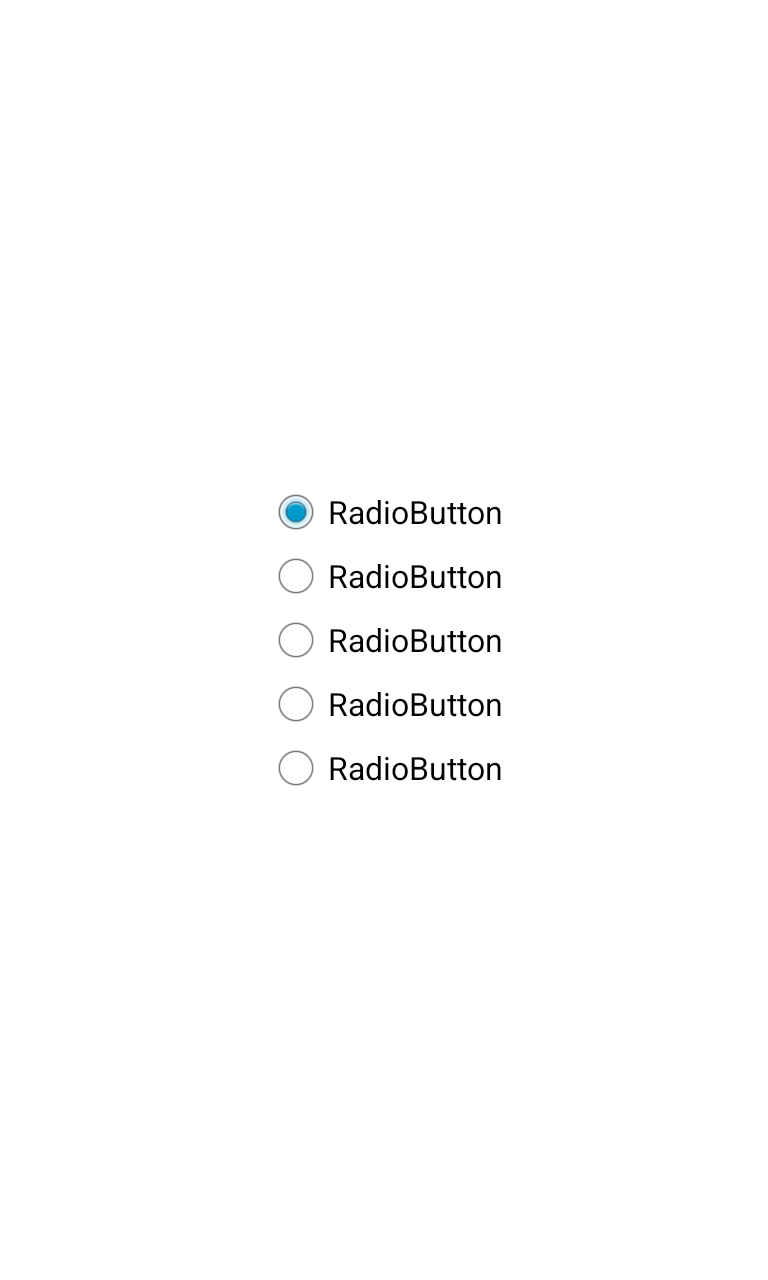
Repository: SkotBotCambo/stress_cues
Layout: workspace/stress_cues/res/layout/activity_likert_task.xml
The author's editor kept a copy of each file at every save. The layout is drawn from the files as they stood at one save, then again after the next save.
It is drawn on a 768 x 1280 px phone screen (xhdpi) without system bars, with theme AppTheme; the app's code is not run.

Above is the layout before, as saved 2013-11-08 23:16:52.

### workspace/stress_cues/res/layout/activity_likert_task.xml
<RelativeLayout xmlns:android="http://schemas.android.com/apk/res/android"
    xmlns:tools="http://schemas.android.com/tools"
    android:layout_width="match_parent"
    android:layout_height="match_parent"
    tools:context=".Likert_task" >

    <RadioGroup
        android:id="@+id/radioGroup1"
        android:layout_width="wrap_content"
        android:layout_height="wrap_content"
        android:layout_centerHorizontal="true"
        android:layout_centerVertical="true" >

        <RadioButton
            android:id="@+id/radio0"
            android:layout_width="wrap_content"
            android:layout_height="wrap_content"
            android:checked="true"
            android:text="RadioButton" />

        <RadioButton
            android:id="@+id/radio1"
            android:layout_width="wrap_content"
            android:layout_height="wrap_content"
            android:text="RadioButton" />

        <RadioButton
            android:id="@+id/radio2"
            android:layout_width="wrap_content"
            android:layout_height="wrap_content"
            android:text="RadioButton" />
        <RadioButton
            android:id="@+id/radio3"
            android:layout_width="wrap_content"
            android:layout_height="wrap_content"
            android:text="RadioButton" />
        <RadioButton
            android:id="@+id/radio4"
            android:layout_width="wrap_content"
            android:layout_height="wrap_content"
            android:text="RadioButton" />
    </RadioGroup>

</RelativeLayout>

Loaded but not shown: workspace/stress_cues/res/values/styles.xml (common file); workspace/stress_cues/res/values-v11/styles.xml (common file); workspace/stress_cues/res/values-v14/styles.xml (common file)

After the next save:
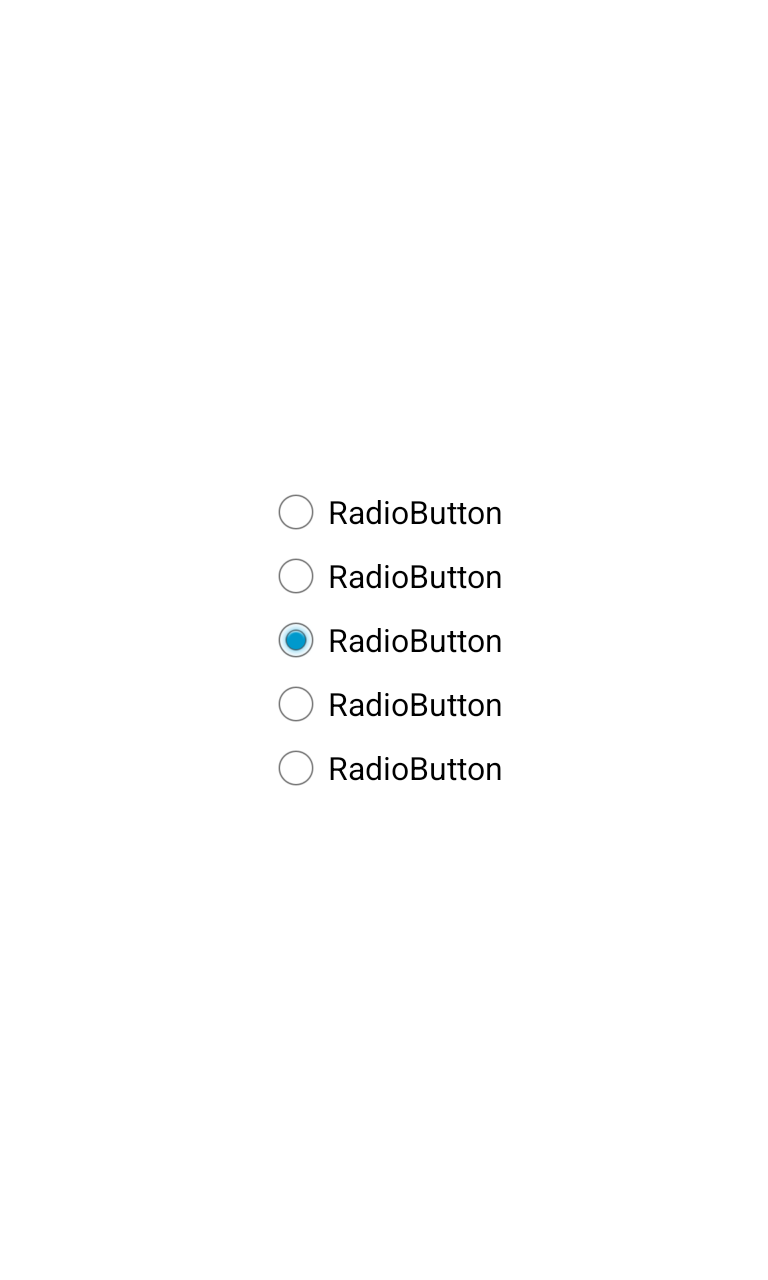
Saved 42 s later.
--- a/workspace/stress_cues/res/layout/activity_likert_task.xml
+++ b/workspace/stress_cues/res/layout/activity_likert_task.xml
@@ -12,30 +12,30 @@
         android:layout_centerVertical="true" >
 
         <RadioButton
+            android:id="@+id/radio-2"
+            android:layout_width="wrap_content"
+            android:layout_height="wrap_content"
+            android:text="RadioButton" />
+
+        <RadioButton
+            android:id="@+id/radio-1"
+            android:layout_width="wrap_content"
+            android:layout_height="wrap_content"
+            android:text="RadioButton" />
+
+        <RadioButton
             android:id="@+id/radio0"
             android:layout_width="wrap_content"
             android:layout_height="wrap_content"
             android:checked="true"
             android:text="RadioButton" />
-
         <RadioButton
             android:id="@+id/radio1"
             android:layout_width="wrap_content"
             android:layout_height="wrap_content"
             android:text="RadioButton" />
-
         <RadioButton
             android:id="@+id/radio2"
-            android:layout_width="wrap_content"
-            android:layout_height="wrap_content"
-            android:text="RadioButton" />
-        <RadioButton
-            android:id="@+id/radio3"
-            android:layout_width="wrap_content"
-            android:layout_height="wrap_content"
-            android:text="RadioButton" />
-        <RadioButton
-            android:id="@+id/radio4"
             android:layout_width="wrap_content"
             android:layout_height="wrap_content"
             android:text="RadioButton" />
